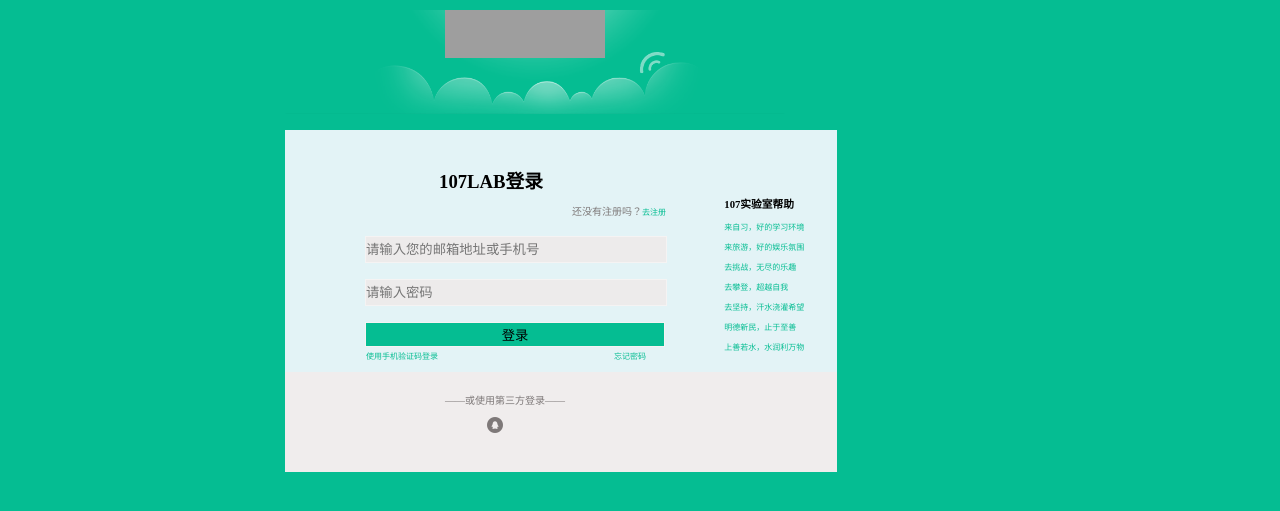
Repository: zz-yy/2023_homework
Page: 第一次考核作业/mazehua/index.html
The author's editor kept a copy of each file at every save. The page is drawn from the files as they stood at one save, then again after the next save.
The browser window is 1280 px wide. The pictures show the whole page.
Pictures or frames that could not be fetched are drawn as grey boxes.

Above is the page before, as saved 2024-04-05 15:09:12.

### 第一次考核作业/mazehua/index.html
<!DOCTYPE html>
<html lang="en">

<head>
    <meta charset="UTF-8">
    <meta http-equiv="X-UA-Compatible" content="IE=edge">
    <meta name="viewport" content="width=device-width, initial-scale=1.0">
    <title>107LAB登录</title>
    <!--引入css样式表-->
    <link rel="stylesheet" href="index.css">
    <!--引入图标样式-->
    <link rel="stylesheet" href="./iconfig/iconfont.css">

</head>

<body>

    <div class="logbj">
        <div class="logo"><img src="./images/logo.png"></div><br>
    </div>

    <div class="login">
        <ul class="left">
            <li>

                    <h3>107LAB登录</h3>
                    <span class="tishi">还没有注册吗？<a href="#">去注册</a></span>



                <form action="#">
                    <input type="text" placeholder="请输入您的邮箱地址或手机号" name="text"><br>
                    <input type="password" placeholder="请输入密码" name="psd"><br>
                    <input class="sub" type="submit" value="登录">
                </form>
                <div class="forget"><span class="L"><a href="#">使用手机验证码登录</a> </span> <span class="R"><a
                            href="#">忘记密码</a></span></div>
            </li>
        </ul>
        <ul class="right">
            <li>
                <h6>107实验室帮助</h6>
            </li>
            <li> <a href="#">来自习，好的学习环境</a></li>
            <li> <a href="#">来旅游，好的娱乐氛围</a></li>
            <li><a href="#">去挑战，无尽的乐趣</a></li>
            <li><a href="#">去攀登，超越自我</a></li>
            <li><a href="#">去坚持，汗水浇灌希望</a></li>
            <li><a href="#">明德新民，止于至善</a></li>
            <li><a href="#">上善若水，水润利万物</a></li>
        </ul>


    </div>
    <div class="third">
        <ul class="third-left">
            <li><span>——或使用第三方登录——</span></li>
            <li>
                <span class="iconfont icon-QQ"></span>
                <span class="iconfont icon-xxx"></span>
            </li>
        </ul>
        <ul class="third-right"></ul>
    </div>

</body>

</html>

### 第一次考核作业/mazehua/index.css
* {
    margin: 0px;
    padding: 0px;
    user-select: none;
}

body {

    background: rgb(5, 189, 146);
    float: left;

}

.logbj {
    background-image: url(/images/bg_reg_wave.png);
    background-repeat: no-repeat;
    background-size: 500px;

    width: 550px;
    height: 100px;
    margin: 10px 50%;

    padding: 10px 10px;
}

.logo {
    height: 60px;
    width: 200px;
    margin: 10px 120px;

}

.logo img {
    width: 80%;
    height: 80%;
    position: relative;
    left: 30px;
    top: -20px;
}

.login {
    display: flex;
    height: 250px;
    width: 550px;
    margin: -10px 50%;
    padding: 1px;
    background: #e3f3f6;

}

h3 {
    text-align: center;

}

li {
    width: 90px;
    height: 10px;
    list-style: none;
    position: relative;
    margin: 10px;
}

a {
    text-decoration: none;

}

.tishi {
    float: right;
    font-size: 10px;
    color: #7e7979;
    margin: 10px 0px;
}

a {
    font-size: 8px;
    color: rgb(5, 189, 146);
}

.left {
    width: 400px;
    height: 220px;
    margin: 20px 10px;
    float: left;
    padding: 5px 10px;
}

.left li {
    width: 350px;
    height: 200px;
    margin: 10px 10px;
    float: left;
}

form {
    height: 140px;
    width: 330px;
    margin: 10px 40px;
    padding: 1px;


}

input {
    margin: 8px;
    width: 300px;
    height: 25px;
    outline-style: none;
    background: rgb(237, 235, 235);
    border: 1px solid rgb(245, 243, 243);
}

.sub {
    background: rgb(5, 189, 146);
}

.right {
    height: 220px;
    width: 120px;
    float: right;
    padding: 5px;
    margin: 50px 2.5px;
}

.forget {
    width: 280px;
    height: 20px;
    margin: -10px 50px;
}

.L {
    float: left;
}

.R {
    float: right;
}

.third {
    display: flex;
    width: 552px;
    height: 100px;
    background: rgb(240, 237, 237);
    position: relative;
    top: 0px;
    left: 50%;
    font-size: 10px;
    color: #7e7979;
    text-align: center;
}



.third-left {
    width: 400px;
    height: 80px;
    margin: 10px 10px;
    float: left;
    padding: 5px 10px;
}

.third-right {
    height: 80px;
    width: 120px;
    float: right;
    padding: 5px;
    margin: 10px 2.5px;
}
.third-left li{
    width: 200px;
    height: 20px;
    margin: 5px 100px;

}
.third span {
    text-align: center;
    width: 552px;
    height: 30px;
    padding: 10px;
}

### 第一次考核作业/mazehua/iconfont/iconfont.css
@font-face {
  font-family: "iconfont"; /* Project id  */
  src: url('iconfont.ttf?t=1712408906963') format('truetype');
}

.iconfont {
  font-family: "iconfont" !important;
  font-size: 16px;
  font-style: normal;
  -webkit-font-smoothing: antialiased;
  -moz-osx-font-smoothing: grayscale;
}

.icon-qq:before {
  content: "\e66a";
}

.icon-weixin:before {
  content: "\e633";
}

.icon-zhanghu:before {
  content: "\e62b";
}

.icon-weixin1:before {
  content: "\e64b";
}

.icon-qq-copy:before {
  content: "\e658";
}

.icon-QQ:before {
  content: "\e73e";
}

.icon-GitHub:before {
  content: "\ea0a";
}

.icon-Oracle:before {
  content: "\ea23";
}

.icon-QQ1:before {
  content: "\e882";
}

.icon-zaixianlianxi:before {
  content: "\e6a7";
}

.icon-QQkongjian:before {
  content: "\e666";
}

.icon-QQ2:before {
  content: "\e667";
}

.icon-search:before {
  content: "\e611";
}

.icon-qq1:before {
  content: "\e636";
}

.icon-weixin2:before {
  content: "\e782";
}

.icon-weixin3:before {
  content: "\e607";
}

.icon-QQ3:before {
  content: "\ea94";
}

After the next save:
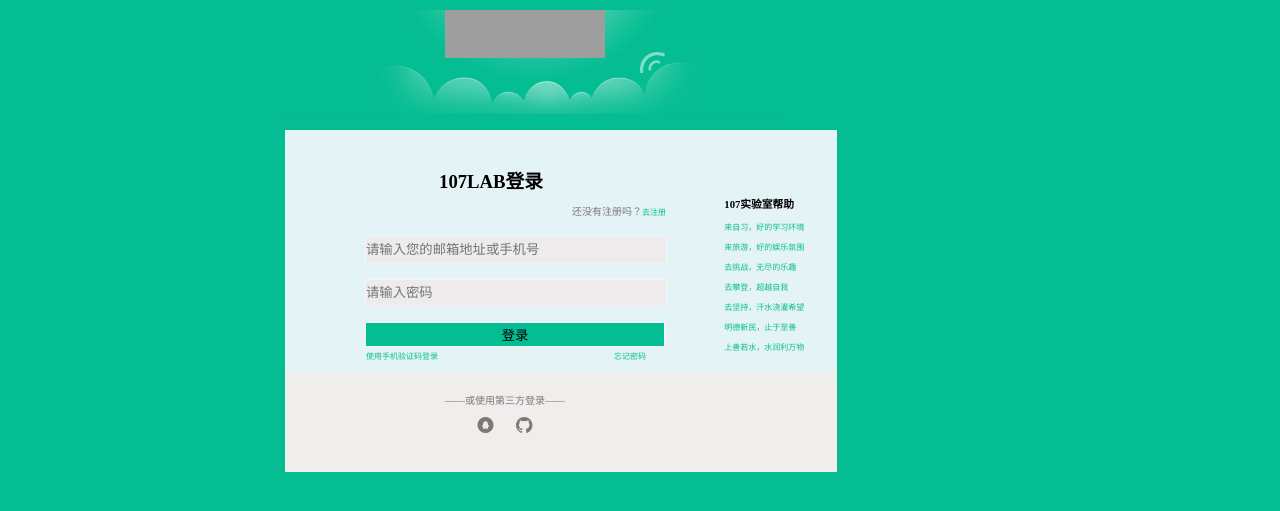
Saved 2 min 33 s later.
--- a/第一次考核作业/mazehua/index.html
+++ b/第一次考核作业/mazehua/index.html
@@ -57,7 +57,8 @@
             <li><span>——或使用第三方登录——</span></li>
             <li>
                 <span class="iconfont icon-QQ"></span>
-                <span class="iconfont icon-xxx"></span>
+                <span class="iconfont icon-GitHub
+"></span>
             </li>
         </ul>
         <ul class="third-right"></ul>
